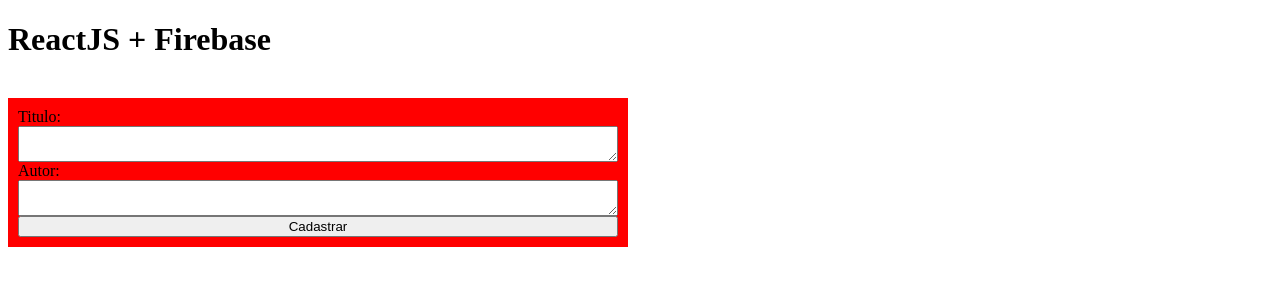
Repository: joaoaspimienta/Estudos-de-firebase
Page: /
These files come from the project's save history. The page is drawn as it stood at one moment and after the next save; the edit follows.
The browser window is 1280 px wide. The pictures show the whole page.
The project was rebuilt for these pictures with package versions that can differ from the ones it lists, and the page was loaded fresh each time.

Above is the page before, as saved 2022-04-27 21:36:06.

### src/App.js
import { useState } from 'react';
import firebase from './firebaseConnection'
import './style.css'

function App() {
  const [titulo, setTitulo] = useState('')
  const [autor, setAutor] = useState('')

  function handleAdd(){
    alert('clicou' + titulo + autor)
  }

  return (
    <div className="App">
      <h1>ReactJS + Firebase</h1><br/>

      <div className='container'>

      <label>Titulo: </label>
      <textarea type='text' value={titulo} onChange={(e)=>setTitulo(e.target.value)}/>

      <label>Autor: </label>
      <textarea type='text' value={autor} onChange={(e)=>setAutor(e.target.value)}/>

      <button onClick={ handleAdd }>Cadastrar</button>

      </div>
    </div>
  );
}

export default App;

### src/firebaseConnection.js
import firebase from 'firebase/app'
import 'firebase/firestore'

let firebaseConfig = {
  apiKey: "AIzaSyBM8zXTuMB9OuHMgazGoDHqoWQcRxFFhw8",
  authDomain: "react-zero-ao-avancado.firebaseapp.com",
  projectId: "react-zero-ao-avancado",
  storageBucket: "react-zero-ao-avancado.appspot.com",
  messagingSenderId: "829524555310",
  appId: "1:829524555310:web:21abf5fa7f77d62df511bf",
  measurementId: "G-5HZY1965W8"
};

if(!firebase.apps.length){
  firebase.initializeApp(firebaseConfig)
}

export default firebase;

### src/style.css
.container{
  width: 600px;
  display: flex;
  flex-direction: column;
  background-color: red;
  padding: 10px;
}

Loaded but not shown: public/index.html (common file); src/index.js (common file)

After the next save:
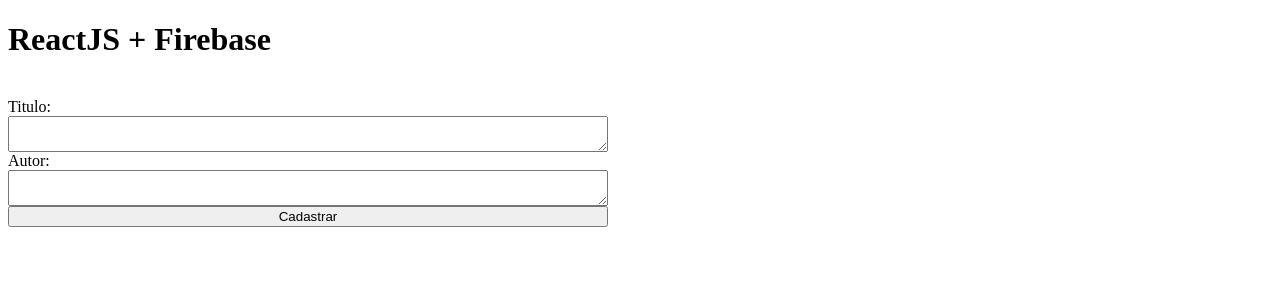
Saved 19 s later.
--- a/src/style.css
+++ b/src/style.css
@@ -2,6 +2,4 @@
   width: 600px;
   display: flex;
   flex-direction: column;
-  background-color: red;
-  padding: 10px;
 }
